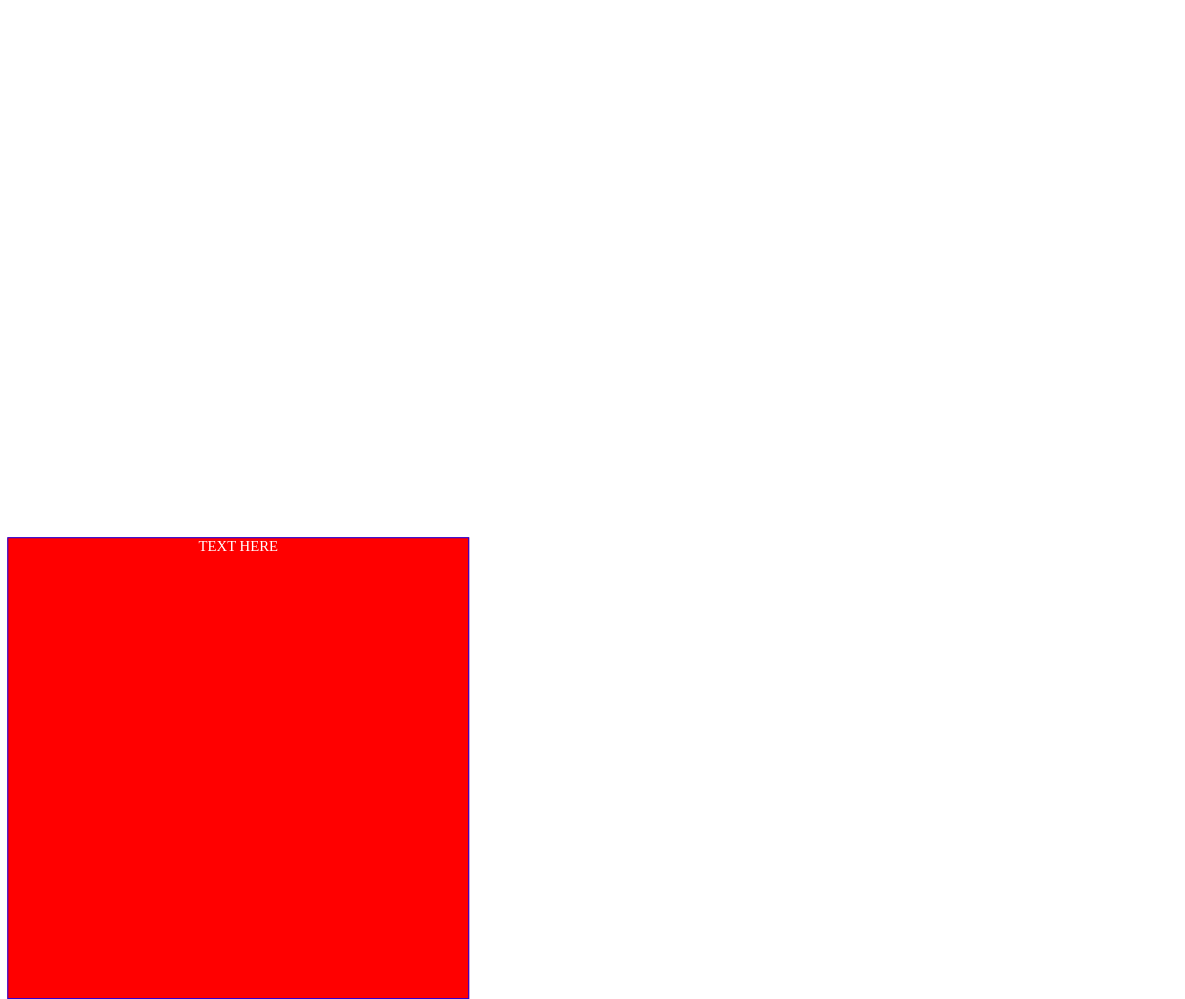
Repository: piyushiso/piyushiso.github.io
Page: random/daynight/index.html
These files come from the project's save history. The page is drawn as it stood at one moment and after the next save; the edit follows.
The browser window is 1280 px wide. The page is 1288 px wide, so the pictures cover 1288 px, including what lies to the right of the window. The pictures show the whole page, at 92% of full size.

Above is the page before, as saved 2022-05-23 16:05:11.

### random/daynight/index.html
<html lang="en">
<head>
    <meta charset="UTF-8">
    <meta http-equiv="X-UA-Compatible" content="IE=edge">
    <meta name="viewport" content="width=device-width, initial-scale=1.0">
    <link href="styles/style.css" rel="stylesheet" />
    <title>Document</title>
</head>
<body>
    <div>
        TEXT HERE
    </div>
</body>
</html>

### random/daynight/styles/style.css
body{
    height: 100%;
    width: 100%;
    /* overflow: hidden; */
    position: relative;
    top: 0;
    left: 0;
}

body div{
    background: red;
    height: 500px;
    width: 500px;
    border: solid thin blue;
    position: absolute;
    top: 80%;
    text-align: center;
    color: white;
}

After the next save:
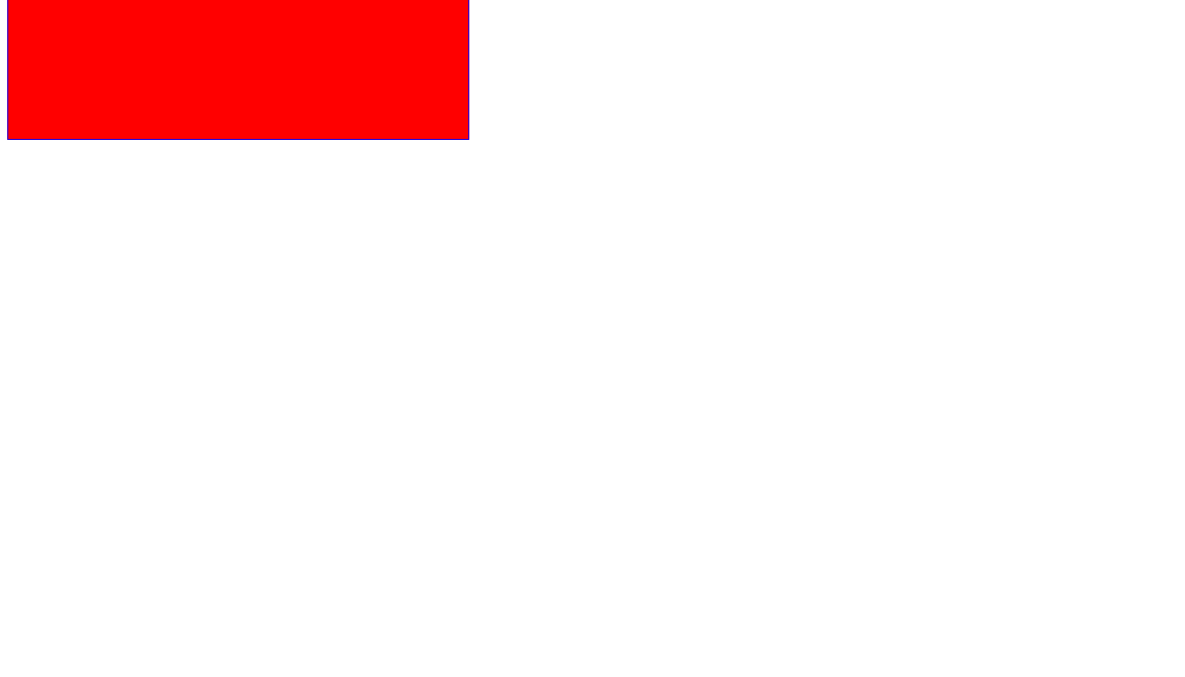
Saved 4 s later.
--- a/random/daynight/styles/style.css
+++ b/random/daynight/styles/style.css
@@ -13,7 +13,7 @@
     width: 500px;
     border: solid thin blue;
     position: absolute;
-    top: 80%;
+    bottom: 80%;
     text-align: center;
     color: white;
 }
